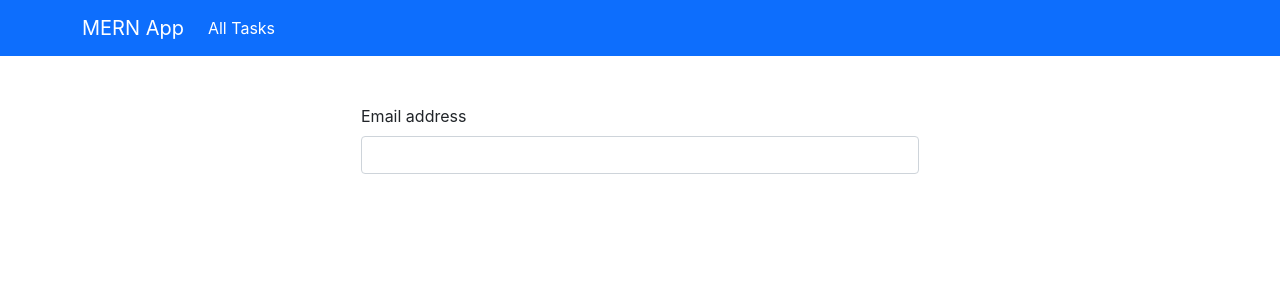
Repository: swathivanka444/MERN-CRUD
Page: /AddTask (app in frontend_crudapp_reactjs-master/)
These files come from the project's save history. The page is drawn as it stood at one moment and after the next save; the edit follows.
The browser window is 1280 px wide. The pictures show the whole page.
The project was rebuilt for these pictures with package versions that can differ from the ones it lists, and the page was loaded fresh each time. Also part of the build but not shown: frontend_crudapp_reactjs-master/src/App.css, frontend_crudapp_reactjs-master/src/component/AllTasks.js.

Above is the page before, as saved 2023-08-29 12:57:43.

### frontend_crudapp_reactjs-master/public/index.html
<!DOCTYPE html>
<html lang="en">
  <head>
    <meta charset="utf-8" />
    <link rel="icon" href="%PUBLIC_URL%/favicon.ico" />
    <meta name="viewport" content="width=device-width, initial-scale=1" />
    <meta name="theme-color" content="#000000" />
    <meta
      name="description"
      content="Web site created using create-react-app"
    />
    <link rel="apple-touch-icon" href="%PUBLIC_URL%/logo192.png" />
    <!--
      manifest.json provides metadata used when your web app is installed on a
      user's mobile device or desktop. See https://developers.google.com/web/fundamentals/web-app-manifest/
    -->
    <link rel="manifest" href="%PUBLIC_URL%/manifest.json" />
    <!--
      Notice the use of %PUBLIC_URL% in the tags above.
      It will be replaced with the URL of the `public` folder during the build.
      Only files inside the `public` folder can be referenced from the HTML.

      Unlike "/favicon.ico" or "favicon.ico", "%PUBLIC_URL%/favicon.ico" will
      work correctly both with client-side routing and a non-root public URL.
      Learn how to configure a non-root public URL by running `npm run build`.
    -->

    <title>MERN App</title>
    <link href="https://cdn.jsdelivr.net/npm/bootstrap@5.0.2/dist/css/bootstrap.min.css" rel="stylesheet" integrity="sha384-EVSTQN3/azprG1Anm3QDgpJLIm9Nao0Yz1ztcQTwFspd3yD65VohhpuuCOmLASjC" crossorigin="anonymous">
  </head>
  <body>
    <noscript>You need to enable JavaScript to run this app.</noscript>
    <div id="root"></div>
    <!--
      This HTML file is a template.
      If you open it directly in the browser, you will see an empty page.

      You can add webfonts, meta tags, or analytics to this file.
      The build step will place the bundled scripts into the <body> tag.

      To begin the development, run `npm start` or `yarn start`.
      To create a production bundle, use `npm run build` or `yarn build`.
    -->
    <script src="https://cdn.jsdelivr.net/npm/bootstrap@5.0.2/dist/js/bootstrap.bundle.min.js" integrity="sha384-MrcW6ZMFYlzcLA8Nl+NtUVF0sA7MsXsP1UyJoMp4YLEuNSfAP+JcXn/tWtIaxVXM" crossorigin="anonymous"></script>
  </body>
</html>

### frontend_crudapp_reactjs-master/src/App.js
  import './App.css';
  import {
    createBrowserRouter,
    RouterProvider,
    Routes,
    Route,
    Link,
    BrowserRouter,
  } from "react-router-dom";
import AllTasks from './component/AllTasks';
import Navbar from './component/Navbar';
import AddTask from './component/AddTask';

function App() {
  return (
 <>
<BrowserRouter>
<Navbar/>
<Routes>
    <Route path='/' element={<AllTasks/>}/>
    <Route path='/AddTask' element={<AddTask/>}/>
</Routes>
</BrowserRouter>
 </>
  );
}

export default App;

### frontend_crudapp_reactjs-master/src/component/Navbar.js
import React from "react";
export default function Navbar() {
    return (
        <nav className="navbar navbar-expand-lg navbar-light bg-primary">
            <div className="container">
                <a className="navbar-brand text-white" href="#">MERN App</a>
                <button className="navbar-toggler" type="button" data-bs-toggle="collapse" data-bs-target="#navbarSupportedContent" aria-controls="navbarSupportedContent" aria-expanded="false" aria-label="Toggle navigation">
                    <span className="navbar-toggler-icon"></span>
                </button>
                <div className="collapse navbar-collapse" id="navbarSupportedContent">
                    <ul className="navbar-nav me-auto mb-2 mb-lg-0">
                        <li className="nav-item">
                            <a className="nav-link text-white"  href="#">All Tasks</a>
                        </li>

                    </ul>

                </div>
            </div>
        </nav>
    )
}

### frontend_crudapp_reactjs-master/src/component/AddTask.js
import React from "react";
export default function AddTask() {
    return (
        <div className="container mt-5">
            <form className="mx-auto w-50 ">
                <div class="mb-3 ">
                    <label for="exampleInputEmail1" class="form-label">Email address</label>
                    <input type="email" class="form-control" id="exampleInputEmail1" aria-describedby="emailHelp" />
                </div>
            </form>
        </div>
    )
}

Loaded but not shown: frontend_crudapp_reactjs-master/src/index.js (common file); frontend_crudapp_reactjs-master/src/index.css (common file)

After the next save:
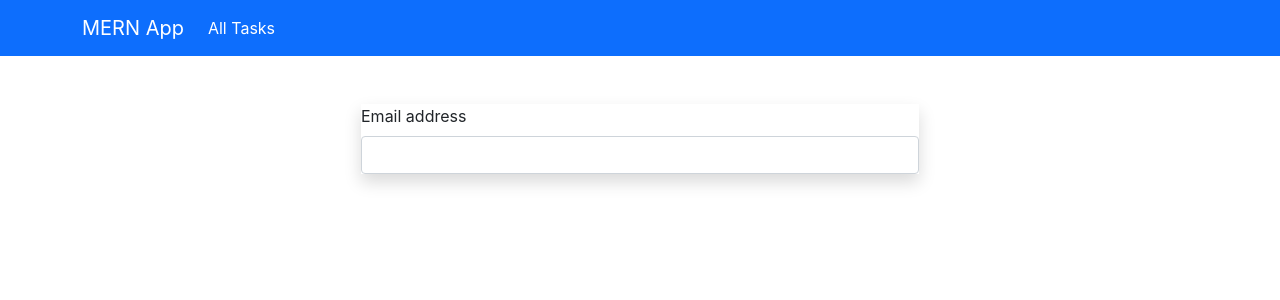
Saved 2 min 31 s later.
--- a/frontend_crudapp_reactjs-master/src/component/AddTask.js
+++ b/frontend_crudapp_reactjs-master/src/component/AddTask.js
@@ -3,7 +3,7 @@ export default function AddTask() {
     return (
         <div className="container mt-5">
             <form className="mx-auto w-50 ">
-                <div class="mb-3 ">
+                <div class="mb-3 shadow">
                     <label for="exampleInputEmail1" class="form-label">Email address</label>
                     <input type="email" class="form-control" id="exampleInputEmail1" aria-describedby="emailHelp" />
                 </div>
